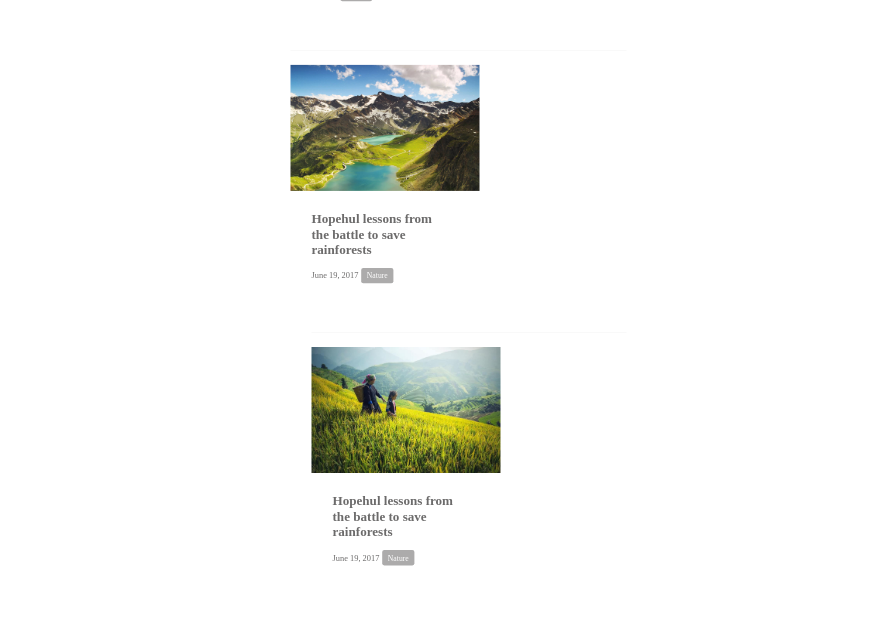
Repository: tttstk518/git-practice
Page: caravan/index.html
The author's editor kept a record of every edit. The page is drawn from the files as they stood at one moment, then again after the next edit.
The browser window is 1280 px wide. The pictures show the part of the page from y = 1704 to 3624 px (the page is 2600 px tall before and 3624 px after), at 70% of full size.

Above is the page before.

After the next edit:
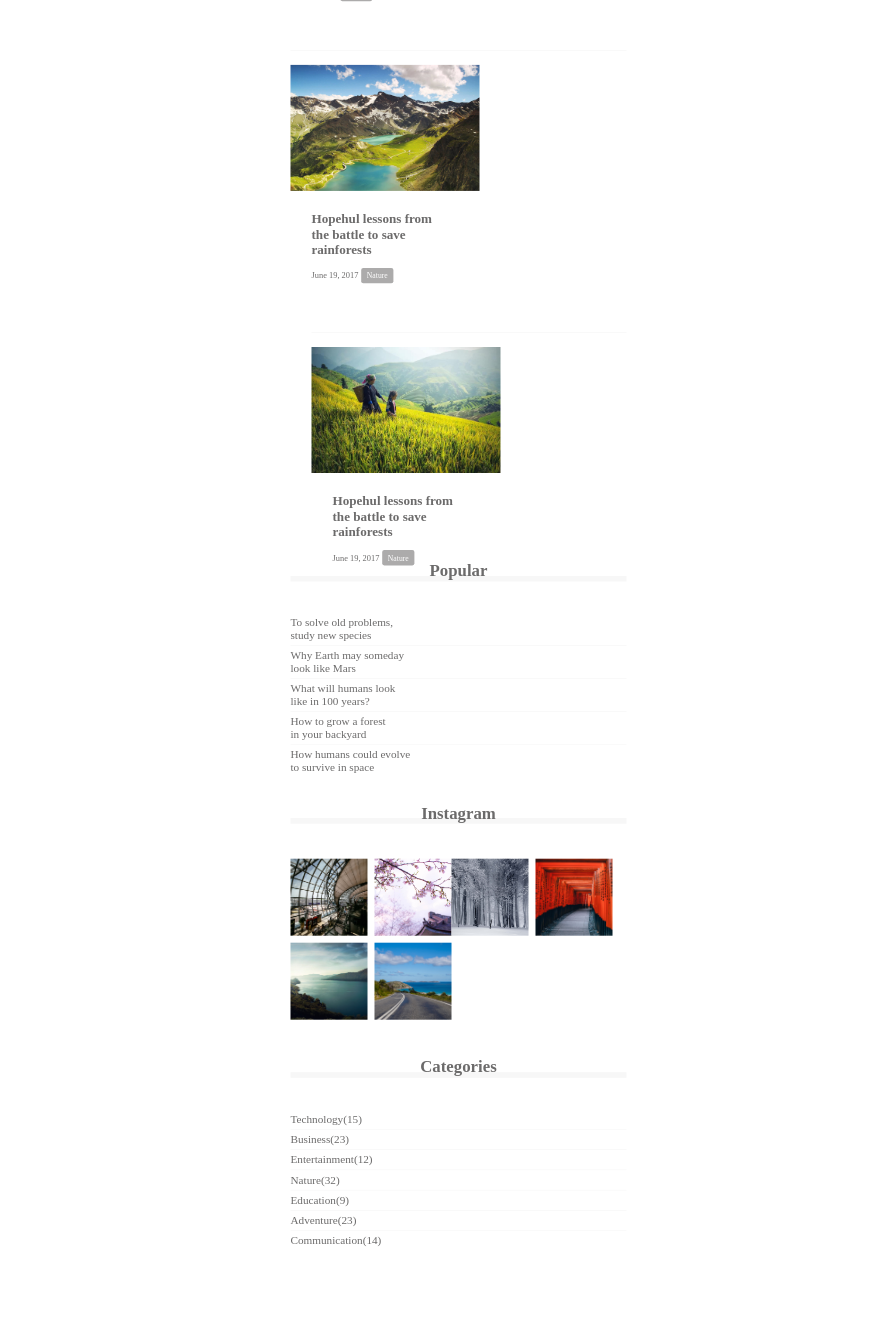
The edit:
--- a/caravan/index.html
+++ b/caravan/index.html
@@ -139,7 +139,42 @@
     </div>
   </section>
 
-   <div class="sidebar"></div>
+   <div class="sidebar"></div
+   <div class="sidebar">
+        <section class="popular">
+          <h2 class="popular-heading common-heading">Popular</h2>
+          <div class="sidebar-contents">
+            <p class="popular-text">To solve old problems,<br>study new species</p>
+            <p class="popular-text">Why Earth may someday<br>look like Mars</p>
+            <p class="popular-text">What will humans look<br>like in 100 years?</p>
+            <p class="popular-text">How to grow a forest<br>in your backyard</p>
+            <p class="popular-text">How humans could evolve<br>to survive in space</p>
+          </div>
+        </section>
+        <section class="instagram">
+          <h2 class="instagram-heading common-heading">Instagram</h2>
+          <div class="sidebar-contents">
+            <div class="instagram-box"></div>
+            <div class="instagram-box"></div>
+            <div class="instagram-box"></div>
+            <div class="instagram-box"></div>
+            <div class="instagram-box"></div>
+            <div class="instagram-box"></div>
+          </div>
+        </section>
+        <section class="categories">
+          <h2 class="categories-heading common-heading">Categories</h2>
+          <div class="sidebar-contents">
+            <p class="categories-text">Technology(15)</p>
+            <p class="categories-text">Business(23)</p>
+            <p class="categories-text">Entertainment(12)</p>
+            <p class="categories-text">Nature(32)</p>
+            <p class="categories-text">Education(9)</p>
+            <p class="categories-text">Adventure(23)</p>
+            <p class="categories-text">Communication(14)</p>
+          </div>
+        </section>
+      </div>
     </main>
 
 
